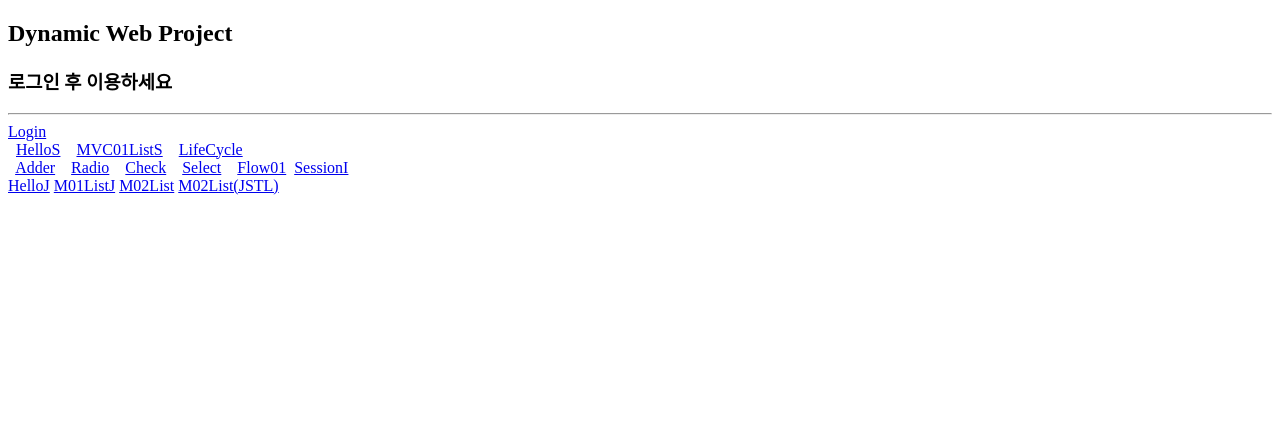
Repository: JYH94/JAVA
Page: http://localhost/web02/
The author's editor kept a copy of each file at every save. The page is drawn from the files as they stood at one save, then again after the next save.
The browser window is 1280 px wide. The pictures show the whole page.
The page is served by Tomcat 9. Other server files are loaded and not shown.

Above is the page before, as saved 2024-01-18 05:41:26.

### web02/src/main/webapp/home.jsp
<%@ page language="java" contentType="text/html; charset=UTF-8"
	pageEncoding="UTF-8"%>

<%@ taglib uri="http://java.sun.com/jsp/jstl/core" prefix="c"%>
<!DOCTYPE html>
<html>
<head>
<meta charset="UTF-8">
<title>** Web02_MVC02 **</title>
</head>
<body>
	<h2>Dynamic Web Project</h2>
	<c:choose>
		<c:when test="${sessionScope.loginName != null }">
			<h3>${sessionScope.loginName}님 안녕하세요</h3>
		</c:when>
		<c:otherwise>
			<h3>로그인 후 이용하세요</h3>
		</c:otherwise>
	</c:choose>
	<hr>

	<%
		if(request.getSession().getAttribute("loginName") == null) {
	%>
			<a href="/web01/servletTestForm/flowEx04_LoginForm.jsp">Login</a>&nbsp;
			<br>&nbsp;
	<%	} else { %>
			<a href="/web01/detail2">Myinfo</a>
			<a href="/web01/logout">Logout</a>
			<br>&nbsp;
	<%	} %>

	<!-- <a href="/web01/servletTestForm/flowEx04_LoginForm.jsp">Login</a>&nbsp;
	<a href="/web01/logout">Logout</a><br>&nbsp; -->
	<a href="/web01/hello">HelloS</a>&nbsp; &nbsp;
	<a href="/web01/list">MVC01ListS</a>&nbsp; &nbsp;
	<a href="/web01/life">LifeCycle</a>
	<br> &nbsp;
	<a href="/web01/servletTestForm/form01_Adder.html">Adder</a>&nbsp;
	&nbsp;
	<a href="/web01/servletTestForm/form02_Radio.jsp">Radio</a>&nbsp;
	&nbsp;
	<a href="/web01/servletTestForm/form03_Check.jsp">Check</a>&nbsp;
	&nbsp;
	<a href="/web01/servletTestForm/form04_Select.jsp">Select</a>&nbsp;
	&nbsp;
	<a href="/web01/flow01">Flow01</a>&nbsp;
	<a href="/web01/sessioni">SessionI</a>
	<br>
	<a href="/web01/jsp01/ex01_HelloJsp.jsp">HelloJ</a>
	<a href="/web01/jsp01/ex02_mvc01List.jsp">M01ListJ</a>
	<a href="/web01/list2">M02List</a>
	<a href="/web01/list2j">M02List(JSTL)</a>
</body>
</html>

After the next save:
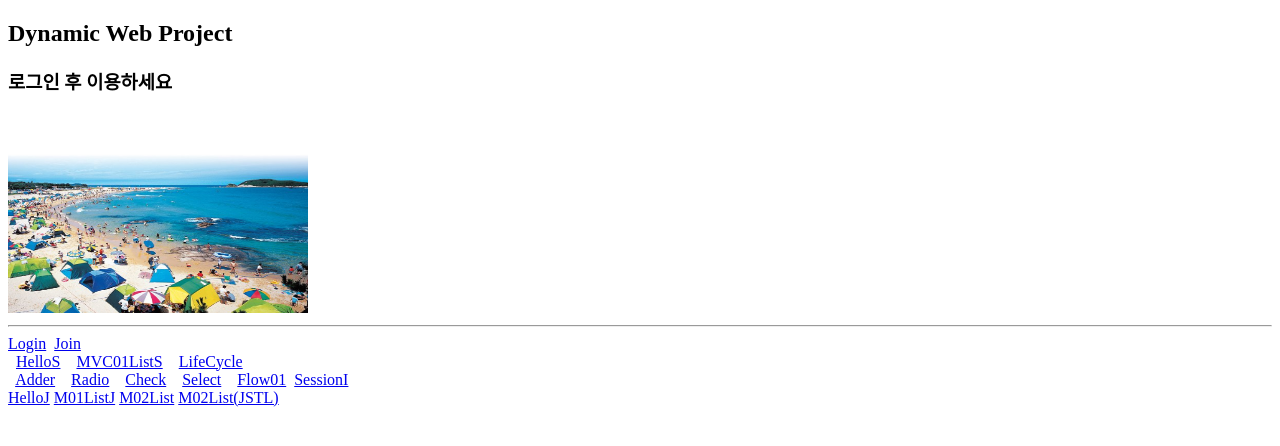
Saved 97 s later.
--- a/web02/src/main/webapp/home.jsp
+++ b/web02/src/main/webapp/home.jsp
@@ -6,7 +6,7 @@
 <html>
 <head>
 <meta charset="UTF-8">
-<title>** Web02_MVC02 **</title>
+<title>** home **</title>
 </head>
 <body>
 	<h2>Dynamic Web Project</h2>
@@ -18,21 +18,34 @@
 			<h3>로그인 후 이용하세요</h3>
 		</c:otherwise>
 	</c:choose>
+
+	<img alt="" src="images/letsgo.png" width="300" height="200">
 	<hr>
+
+<%-- 	<c:choose>
+		<c:when test="${sessionScope.loginName == null }">
+			<a href="/web01/servletTestForm/flowEx04_LoginForm.jsp">Login</a>&nbsp;
+			<a href="/web01/logout">Logout</a>
+			<br>&nbsp;
+	</c:when>
+		<c:otherwise>
+			<a href="/web01/logout">Logout</a>
+			<br>&nbsp;
+		</c:otherwise>
+	</c:choose> --%>
 
 	<%
 		if(request.getSession().getAttribute("loginName") == null) {
 	%>
-			<a href="/web01/servletTestForm/flowEx04_LoginForm.jsp">Login</a>&nbsp;
+			<a href="/web02/member/LoginForm.jsp">Login</a>&nbsp;
+			<a href="/web02/member/LoginForm.jsp">Join</a>&nbsp;
 			<br>&nbsp;
 	<%	} else { %>
-			<a href="/web01/detail2">Myinfo</a>
-			<a href="/web01/logout">Logout</a>
+			<a href="/web02/detail2">Myinfo</a>
+			<a href="/web02/logout">Logout</a>
 			<br>&nbsp;
 	<%	} %>
 
-	<!-- <a href="/web01/servletTestForm/flowEx04_LoginForm.jsp">Login</a>&nbsp;
-	<a href="/web01/logout">Logout</a><br>&nbsp; -->
 	<a href="/web01/hello">HelloS</a>&nbsp; &nbsp;
 	<a href="/web01/list">MVC01ListS</a>&nbsp; &nbsp;
 	<a href="/web01/life">LifeCycle</a>
